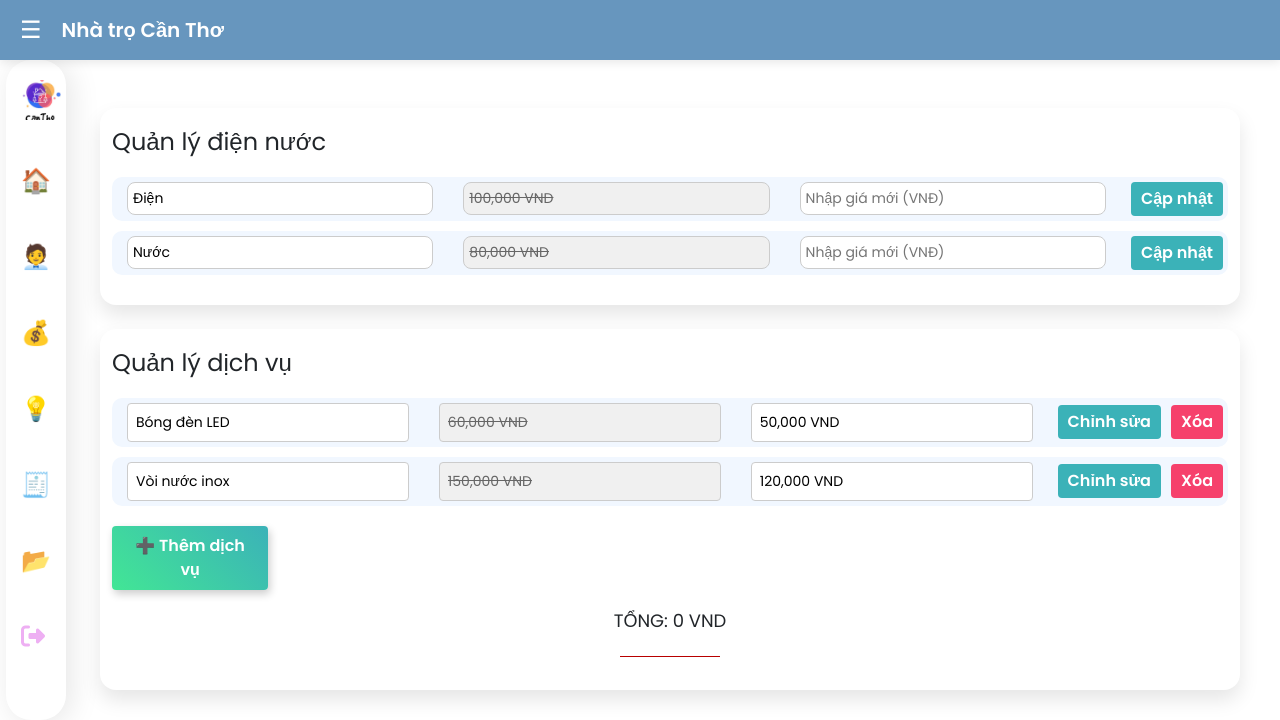
Repository: nhutty0402/DoAn02
Page: HTML/dichvu.html
An editor plug-in stored every save of this project. The page is shown before and after the next save, followed by the edit.
The browser window is 1280 px wide. The pictures show the whole page.

Above is the page before, as saved 2025-03-20 23:43:03.

### HTML/dichvu.html
<!DOCTYPE html>
<html>
<head>
    <meta charset="utf-8">
    <meta http-equiv="X-UA-Compatible" content="IE=edge">
    <title></title>
    <meta name="description" content="">
    <meta name="viewport" content="width=device-width, initial-scale=1">
    <link rel="stylesheet" href="../css/dichvu.css">

    <!-- CSS -->
    <link href="https://cdn.jsdelivr.net/npm/bootstrap@5.3.3/dist/css/bootstrap.min.css" rel="stylesheet" integrity="sha384-QWTKZyjpPEjISv5WaRU9OFeRpok6YctnYmDr5pNlyT2bRjXh0JMhjY6hW+ALEwIH" crossorigin="anonymous">
    <link href="https://fonts.googleapis.com/css2?family=Poppins:wght@300;400;600&display=swap" rel="stylesheet">
    <link rel="stylesheet" href="https://cdnjs.cloudflare.com/ajax/libs/font-awesome/6.4.2/css/all.min.css">

    <!-- JS -->
    <script src="https://cdnjs.cloudflare.com/ajax/libs/jquery/3.7.1/jquery.min.js" integrity="sha512-v2CJ7UaYy4JwqLDIrZUI/4hqeoQieOmAZNXBeQyjo21dadnwR+8ZaIJVT8EE2iyI61OV8e6M8PP2/4hpQINQ/g==" crossorigin="anonymous" referrerpolicy="no-referrer"></script>
    <script src="https://cdn.jsdelivr.net/npm/@popperjs/core@2.11.8/dist/umd/popper.min.js" integrity="sha384-I7E8VVD/ismYTF4hNIPjVp/Zjvgyol6VFvRkX/vR+Vc4jQkC+hVqc2pM8ODewa9r" crossorigin="anonymous"></script>
    <script src="https://cdn.jsdelivr.net/npm/bootstrap@5.3.3/dist/js/bootstrap.min.js" integrity="sha384-0pUGZvbkm6XF6gxjEnlmuGrJXVbNuzT9qBBavbLwCsOGabYfZo0T0to5eqruptLy" crossorigin="anonymous"></script>
</head>

<body>
    <header class="header">
        <div class="menu-toggle">☰</div>
        <div class="header-title">Nhà trọ Cần Thơ</div>
    </header>

    <div class="sidebar">
        <div class="logo_content">
            <div class="logo">
                <div class="icon">
                    <img src="../imag/moi.jpg" alt="Logo">
                </div>
                <div class="logo_name">Xin chào, admin</div>
            </div>
        </div>
        <ul class="nav_list">
            <li><a href="menu.html"><span class="icon">🏠</span><span class="link_name">Trang chủ</span></a></li>
            <li><a href="Quanlykhachhang.html"><span class="icon">🧑‍💼</span><span class="link_name">Quản lý khách hàng</span></a></li>
            <li><a href="doanhthu.html"><span class="icon">💰</span><span class="link_name">Doanh thu</span></a></li>
            <li><a href="dichvu.html"><span class="icon">💡</span><span class="link_name">Dịch vụ</span></a></li>
            <li><a href="hoadon.html"><span class="icon">🧾</span><span class="link_name">Hóa đơn</span></a></li>
            <li><a href="quanlihopdong.html"><span class="icon">📂</span><span class="link_name">Quản lý hợp đồng</span></a></li>
            <li><a href="dangxuat.html" class="logout-link"><span class="icon"><i class="fas fa-sign-out-alt"></i></span><span class="link_name">Đăng Xuất</span></a></li>
        </ul>
    </div>

    <div class="content flex-grow-1 p-4">
        <div class="topbar d-flex justify-content-between align-items-center mb-4"></div>

        <!-- Quản lý điện nước -->
        <div class="container">
            <div class="cf-title-03">
                <h3>Quản lý điện nước</h3>
            </div>
            <div id="product-list">
                <!-- Sản phẩm mẫu được thêm trực tiếp trong HTML -->
                <div class="product">
                    <input type="text" value="Điện" placeholder="Tên sản phẩm" readonly>
                    <input type="text" value="100,000 VND" placeholder="Giá cũ (VNĐ)" readonly class="old-price">
                    <input type="text" value="" placeholder="Nhập giá mới (VNĐ)" oninput="formatCurrency(this)">
                    <div class="btn-group">
                        <button class="update-btn" onclick="updateProduct(this)">Cập nhật</button>
                    </div>
                </div>
                <div class="product">
                    <input type="text" value="Nước" placeholder="Tên sản phẩm" readonly>
                    <input type="text" value="80,000 VND" placeholder="Giá cũ (VNĐ)" readonly class="old-price">
                    <input type="text" value="" placeholder="Nhập giá mới (VNĐ)" oninput="formatCurrency(this)">
                    <div class="btn-group">
                        <button class="update-btn" onclick="updateProduct(this)">Cập nhật</button>
                    </div>
                </div>
            </div>
        </div><br>

        <!-- Quản lý dịch vụ -->
        <div class="container">
            <div class="cf-title-03">
                <h3>Quản lý dịch vụ</h3>
            </div>
            <div id="service-list">
                <!-- Dịch vụ mẫu được thêm trực tiếp trong HTML -->
                <div class="service">
                    <input type="text" value="Bóng đèn LED" placeholder="Tên sản phẩm" readonly>
                    <input type="text" value="60,000 VND" placeholder="Giá cũ (VNĐ)" readonly class="old-price">
                    <input type="text" value="50,000 VND" placeholder="Nhập giá mới (VNĐ)" readonly class="new-price">
                    <div class="btn-group">
                        <button class="update-btn" onclick="updateService(this)">Chỉnh sửa</button>
                        <button class="delete-btn" onclick="deleteService(this)">Xóa</button>
                    </div>
                </div>
                <div class="service">
                    <input type="text" value="Vòi nước inox" placeholder="Tên sản phẩm" readonly>
                    <input type="text" value="150,000 VND" placeholder="Giá cũ (VNĐ)" readonly class="old-price">
                    <input type="text" value="120,000 VND" placeholder="Nhập giá mới (VNĐ)" readonly class="new-price">
                    <div class="btn-group">
                        <button class="update-btn" onclick="updateService(this)">Chỉnh sửa</button>
                        <button class="delete-btn" onclick="deleteService(this)">Xóa</button>
                    </div>
                </div>
            </div>
            <button class="add-btn" onclick="addService()">➕ Thêm dịch vụ</button>
            <div class="cf-title-01">
                <h6>TỔNG: <span id="total-price">0 VND</span></h6>
            </div>
        </div>

    <!-- JavaScript -->
    <script>
        const toggle = document.querySelector('.menu-toggle');
        const sidebar = document.querySelector('.sidebar');
        toggle.addEventListener('click', () => {
            sidebar.classList.toggle('active');
        });

        function formatCurrency(input) {
            let value = input.value.replace(/\D/g, '');
            if (value === '') {
                input.value = '';
                return;
            }
            let number = parseInt(value, 10);
            input.value = number.toLocaleString('vi-VN') + ' VND';
        }

        function addService(name = "", price = "", oldPrice = "") {
            let serviceList = document.getElementById("service-list");
            let serviceDiv = document.createElement("div");
            serviceDiv.classList.add("service");
            serviceDiv.innerHTML = `
                <input type="text" value="${name}" placeholder="Tên sản phẩm">
                <input type="text" value="${oldPrice ? parseInt(oldPrice).toLocaleString('vi-VN') + ' VND' : ''}" placeholder="Giá cũ (VNĐ)" readonly class="old-price">
                <input type="text" value="${price}" placeholder="Nhập giá mới (VNĐ)" oninput="formatCurrency(this)">
                <div class="btn-group">
                    <button class="update-btn" onclick="updateService(this)">Cập nhật</button>
                    <button class="delete-btn" onclick="deleteService(this)">Xóa</button>
                </div>
            `;
            serviceList.appendChild(serviceDiv);
        }

        function updateProduct(button) {
            let productDiv = button.closest(".product");
            let inputs = productDiv.querySelectorAll("input");
            if (button.innerText === "Cập nhật") {
                let name = inputs[0].value.trim();
                let price = inputs[2].value.trim().replace(/\D/g, '');
                if (name === "" || price === "") {
                    alert("Vui lòng nhập đầy đủ thông tin!");
                    return;
                }
                inputs[0].setAttribute("readonly", true);
                inputs[2].setAttribute("readonly", true);
                button.innerText = "Chỉnh sửa";
                button.classList.remove("update-btn");
                button.classList.add("edi-btn");
                alert(`Cập nhật thành công: ${name} - ${inputs[2].value}`);
            } else {
                inputs[0].removeAttribute("readonly");
                inputs[2].removeAttribute("readonly");
                button.innerText = "Cập nhật";
                button.classList.remove("edi-btn");
                button.classList.add("update-btn");
            }
        }

        function updateService(button) {
            let serviceDiv = button.closest(".service");
            let inputs = serviceDiv.querySelectorAll("input");
            if (button.innerText === "Cập nhật") {
                let name = inputs[0].value.trim();
                let price = inputs[2].value.trim().replace(/\D/g, '');
                if (name === "" || price === "") {
                    alert("Vui lòng nhập đầy đủ thông tin!");
                    return;
                }
                inputs[0].setAttribute("readonly", true);
                inputs[2].setAttribute("readonly", true);
                button.innerText = "Chỉnh sửa";
                button.classList.remove("update-btn");
                button.classList.add("edi-btn");
                alert(`Cập nhật thành công: ${name} - ${inputs[2].value}`);
            } else {
                inputs[0].removeAttribute("readonly");
                inputs[2].removeAttribute("readonly");
                button.innerText = "Cập nhật";
                button.classList.remove("edi-btn");
                button.classList.add("update-btn");
            }
        }

        function deleteService(button) {
            if (confirm("Bạn có chắc muốn xóa sản phẩm này?")) {
                button.closest(".service").remove();
            }
        }
    </script>
    <!--Tính tổng-->
    <script>
        // Hàm tính tổng giá mới (chỉ trả về giá trị, không hiển thị)
        function calculateTotal() {
            const newPriceInputs = document.querySelectorAll('.new-price');
            let total = 0;

            newPriceInputs.forEach(input => {
                // Lấy giá trị từ input, loại bỏ " VND" và dấu phẩy
                const priceText = input.value.replace(' VND', '').replace(/,/g, '');
                const price = parseFloat(priceText) || 0; // Chuyển thành số, nếu không hợp lệ thì trả về 0
                total += price;
            });

            return total; // Trả về tổng để sử dụng cho database
        }

        // Hàm thêm dịch vụ mới
        function addService() {
            const serviceList = document.getElementById('service-list');
            const newService = document.createElement('div');
            newService.className = 'service';
            newService.innerHTML = `
                <input type="text" placeholder="Tên sản phẩm" class="product-name">
                <input type="text" placeholder="Giá cũ (VNĐ)" class="old-price">
                <input type="text" placeholder="Nhập giá mới (VNĐ)" class="new-price" oninput="calculateTotal()">
                <div class="btn-group">
                    <button class="update-btn" onclick="updateService(this)">Chỉnh sửa</button>
                    <button class="delete-btn" onclick="deleteService(this)">Xóa</button>
                </div>
            `;
            serviceList.appendChild(newService);
            console.log('Tổng giá mới:', calculateTotal()); // Log tổng để kiểm tra
        }

        // Hàm chỉnh sửa dịch vụ
        function updateService(button) {
            const service = button.closest('.service');
            const inputs = service.querySelectorAll('input');
            const isReadOnly = inputs[0].hasAttribute('readonly');

            if (isReadOnly) {
                // Chuyển sang chế độ chỉnh sửa
                inputs.forEach(input => input.removeAttribute('readonly'));
                button.textContent = 'Lưu';
            } else {
                // Lưu và chuyển về chế độ readonly
                inputs.forEach(input => input.setAttribute('readonly', true));
                button.textContent = 'Chỉnh sửa';
                console.log('Tổng giá mới:', calculateTotal()); // Log tổng để kiểm tra
            }
        }

        // Hàm xóa dịch vụ
        function deleteService(button) {
            const service = button.closest('.service');
            service.remove();
            console.log('Tổng giá mới:', calculateTotal()); // Log tổng để kiểm tra
        }

        // Log tổng ban đầu khi trang được tải
        window.onload = function() {
            console.log('Tổng giá ban đầu:', calculateTotal());
        };
    </script>
</body>
</html>

### CSS/dichvu.css
/* Reset cơ bản */
* {
  margin: 0;
  padding: 0;
  box-sizing: border-box;
  font-family: 'Poppins', sans-serif;
}

/* Thiết lập body */
body {
  min-height: 100vh;
  background: #e7e7e7;
  display: flex;
  flex-direction: column;
}

/* Header ngang */
.header {
  width: 100%;
  height: 60px;
  background: #6796be;
  color: white;
  display: flex;
  align-items: center;
  padding: 0 20px;
  box-shadow: 0 2px 10px rgba(0, 0, 0, 0.1);
  position: fixed;
  top: 0;
  z-index: 1000;
}

.menu-toggle {
  font-size: 24px;
  cursor: pointer;
  margin-right: 20px;
}

.header-title {
  font-size: 20px;
  font-weight: 600;
}

/* Sidebar dọc */
.sidebar {
  position: fixed;
  top: 60px;
  left: 0;
  height: calc(100% - 60px);
  width: 60px;
  background: #fff;
  margin-left: 6px;
  padding: 10px 5px;
  transition: width 0.3s ease;
  box-shadow: 5px 3px 30px rgba(0, 0, 0, 0.1);
  border-radius: 25px;
  z-index: 900;
}

.sidebar.active {
  width: 240px;
}

.logo_content {
  display: flex;
  align-items: center;
  height: 60px;
  padding: 0 10px;
}

.logo {
  display: flex;
  align-items: center;
  gap: 10px;
}

.logo .icon img {
  width: 40px; /* Kích thước logo nhỏ hơn và đồng đều */
  height: 40px;
  object-fit: cover; /* Đảm bảo ảnh không bị méo */
}

.logo_name {
  font-size: 18px;
  font-weight: 700;
  opacity: 0;
  transition: opacity 0.3s ease;
}

.sidebar.active .logo_name {
  opacity: 1;
}

.nav_list {
  list-style: none;
  padding-left: 0;
  margin-top: 10px;
}

.nav_list li {
  display: flex;
  align-items: center;
  height: 50px; /* Giảm height để khoảng cách đều hơn */
  margin: 26px 0; /* Khoảng cách giữa các mục */
}

.nav_list li a {
  text-decoration: none;
  color: #333;
  display: flex;
  align-items: center;
  width: 100%;
  font-weight: 700;
  padding: 0 10px; /* Khoảng cách bên trong thẻ a */
  transition: font-weight 0.3s ease, transform 0.3s ease; /* Thêm transition cho hiệu ứng */
}
.nav_list li a:hover {
  transform: scale(1.05); /* Phóng to 5% khi hover */
}
.nav_list li .icon {
  font-size: 24px; /* Icon đồng đều kích thước */
  width: 40px; /* Đảm bảo icon căn đều */
  text-align: center;
}

.link_name {
  font-size: 16px;
  opacity: 0;
  transition: opacity 0.3s ease;
}

.sidebar.active .link_name {
  opacity: 1;
}

/* Nội dung chính */
.content {
  margin-top: 60px;
  margin-left: 60px;
  padding: 20px;
  flex-grow: 1;
  transition: margin-left 0.3s ease, width 0.3s ease;
  width: calc(100% - 60px);
  max-width: calc(100vw - 60px);
}

.sidebar.active ~ .content {
  margin-left: 240px;
  width: calc(100% - 240px);
  max-width: calc(100vw - 240px);
}

/* Thanh tìm kiếm */
.search-bar {
  display: flex;
  align-items: center;
  height: 38.5px;
  margin-left: auto;
  background-color: #fff;
  border-radius: 15px;
  padding: 5px;
  box-shadow: 0px 4px 6px rgba(0, 0, 0, 0.2);
  border: 2px solid #5E3582;
}

.search-bar input {
  border: none;
  outline: none;
  padding: 5px 10px;
  border-radius: 5px;
  font-size: 14px;
  width: 90px;
  transition: width 0.3s ease;
}

.search-bar input:focus {
  width: 270px;
}

.search-bar button {
  background-color: #eeaff3;
  border: none;
  color: #1c1919;
  padding: 5px 10px;
  height: 28px;
  border-radius: 10px;
  font-size: 14px;
  cursor: pointer;
  margin-left: 5px;
  transition: background-color 0.3s ease;
}

.search-bar button:hover {
  background-color: #f186f1;
}

/* Button group */
.button-group {
  display: flex;
  gap: 5px;
  padding-left: 10px;
}

.button-group .dathue:hover {
  background: rgb(167, 222, 214);
  color: black;
}

.button-group .phongtrong:hover {
  background: rgb(246, 237, 156);
  color: black;
}

.button-group .hientatca:hover {
  background: rgba(249, 205, 158, 0.952);
  color: black;
}

/* Đăng xuất */
.logout-link {
  display: flex;
  align-items: center;
  text-decoration: none;
  color: #1c1919;
  padding: 10px 15px;
  border-radius: 8px;
  transition: background-color 0.3s ease, transform 0.3s ease;
}
/* Đăng xuất */
.logout-link {
  display: flex;
  align-items: center;
  text-decoration: none;
  color: #1c1919;
  padding: 10px 15px;
  border-radius: 8px;
  transition: background-color 0.3s ease, transform 0.3s ease, font-weight 0.3s ease; /* Thêm transition cho font-weight */
}
.logout-link .icon {
  font-size: 24px; /* Đồng đều với các icon khác */
  width: 40px;
  text-align: center;
  color: #eeaff3;
  transition: transform 0.3s ease;
}

.logout-link .link_name {
  font-size: 16px;
  font-weight: 600;
}

.logout-link:hover {
  background-color: #f6cff3;
  transform: scale(1.05);
}

.logout-link:hover .icon {
  transform: rotate(-20deg);
  color: #d94bd3;
}



/* ====================================================================================================== */
/* ======================================THÂN============================================================= */
/* ========================================================================================================= */

@import url('https://fonts.googleapis.com/css2?family=Poppins:wght@300;400;600&display=swap');

/* body {
    font-family: 'Poppins', sans-serif;
    background: linear-gradient(135deg, #89f7fe, #66a6ff);
    padding: 20px;
    text-align: center;
} */

.container {
    max-width: 600px;
    margin: auto;
    background: white;
    padding: 20px;
    border-radius: 16px;
    box-shadow: 0 10px 20px rgba(0, 0, 0, 0.1);
}

/* h2 {
    color: #333;
    font-weight: 600;
    margin-bottom: 10px;
} */

.product {
    display: flex;
    justify-content: space-between;
    align-items: center;
    padding: 5px;
    border-radius: 10px;
    background: #f1f7ff;
    margin: 10px 0;
    transition: transform 0.1s ease-in-out;
}

.product:hover {
    transform: scale(1.01);
}

.product input {
    flex: 1;
    margin: 0 10px;
    padding: 8px;
    border: 1px solid #ccc;
    border-radius: 8px;
    font-size: 14px;
    transition: all 0.3s;
}

.product input:focus {
    border-color: #007bff;
    outline: none;
    box-shadow: 0 0 5px rgba(0, 123, 255, 0.3);
}

.btn-group {
    display: flex;
    gap: 8px;
}

button {
    border: none;
    cursor: pointer;
    padding: 8px 14px;
    font-size: 14px;
    transition: 0.3s;
    border-radius: 10px;
    font-weight: bold;
}

.update-btn {
    background:  #3bb2b8;
    color: white;
    border-radius: 12px;
}
.update-btn:hover{
  transform: scale(1.05);
}
.edi-btn {
    background:  #f2b876e8;
    color: white;
    border-radius: 12px;
}
.edi-btn:hover{
  transform: scale(1.05);
}
.delete-btn {
    background:  #f6416c;
    color: white;
    border-radius: 12px;
}
.delete-btn:hover{
  transform: scale(1.05);
}
.add-btn {
    width: 14%;
    font-size: 16px;
    padding: 12px;
    color: white;
    background: linear-gradient(45deg, #42e695, #3bb2b8);
    font-weight: bold;
    border-radius: 12px;
    box-shadow: 2px 4px 8px rgba(0, 0, 0, 0.2);
    transition: all 0.3s ease-in-out;
}

.add-btn:hover {
    transform: scale(1.05);
    box-shadow: 4px 6px 12px rgba(0, 0, 0, 0.3);
}
/* ============================================================================================== */
/* ===BẢNG DỊCH VỤ 2============================================================ */
/* =========================================================================================================== */
.service{
  display: flex;
  justify-content: space-between;
  align-items: center;
  padding: 5px;
  border-radius: 10px;
  background: #f1f7ff;
  margin: 10px 0;
  transition: transform 0.1s ease-in-out;
}

.service:hover {
  transform: scale(1.01);
}

.service input {
  flex: 1;
  margin: 0 10px;
  padding: 8px;
  border: 1px solid #ccc;
  border-radius: 8px;
  font-size: 14px;
  transition: all 0.3s;
}

.service input:focus {
  border-color: #007bff;
  outline: none;
  box-shadow: 0 0 5px rgba(0, 123, 255, 0.3);
}
/* ===================================================TỔNG======================================== */




.cf-title-01 h6 {
	text-align:center;
	text-transform:uppercase;
	padding-bottom:5px;
}
/* .cf-title-01 h6:before {
	width:28px;
	height:5px;
	display:block;
	content:"";
	position:absolute;
	bottom:3px;
	left:50%;
	margin-left:-14px;
	background-color:#b80000;
} */
.cf-title-01 h6:after {
	width:100px;
	height:1px;
	display:block;
	content:"";
	position:relative;
	margin-top:25px;
	left:50%;
	margin-left:-50px;
	background-color: #b80000;
}

.container {
  max-width: 800px;
  margin: 20px auto;
  padding: 20px;
}
.product, .service {
  display: flex;
  align-items: center;
  margin: 10px 0;
  gap: 10px;
}
input[type="text"] {
  padding: 5px;
  flex: 1;
}
input[readonly].old-price {
  background-color: #f0f0f0;
  color: #666;
  text-decoration: line-through;
}
.btn-group button {
  margin-left: 5px;
  padding: 5px 10px;
  cursor: pointer;
}
.add-btn {
  padding: 5px 10px;
  margin-top: 10px;
}
/* Tính tổng */
.container {
  max-width: 800px;
  margin: 0 auto;
  padding: 20px;
}

.cf-title-03 h3 {
  font-size: 24px;
  margin-bottom: 20px;
}

.service {
  display: flex;
  align-items: center;
  gap: 10px;
  margin-bottom: 10px;
}

.service input {
  padding: 8px;
  border: 1px solid #ccc;
  border-radius: 4px;
  width: 200px;
}

.btn-group {
  display: flex;
  gap: 5px;
}

.update-btn, .delete-btn, .add-btn {
  padding: 8px 15px;
  border: none;
  border-radius: 4px;
  cursor: pointer;
}



.cf-title-01 h6 {
  font-size: 18px;
  margin-top: 20px;
}

After the next save:
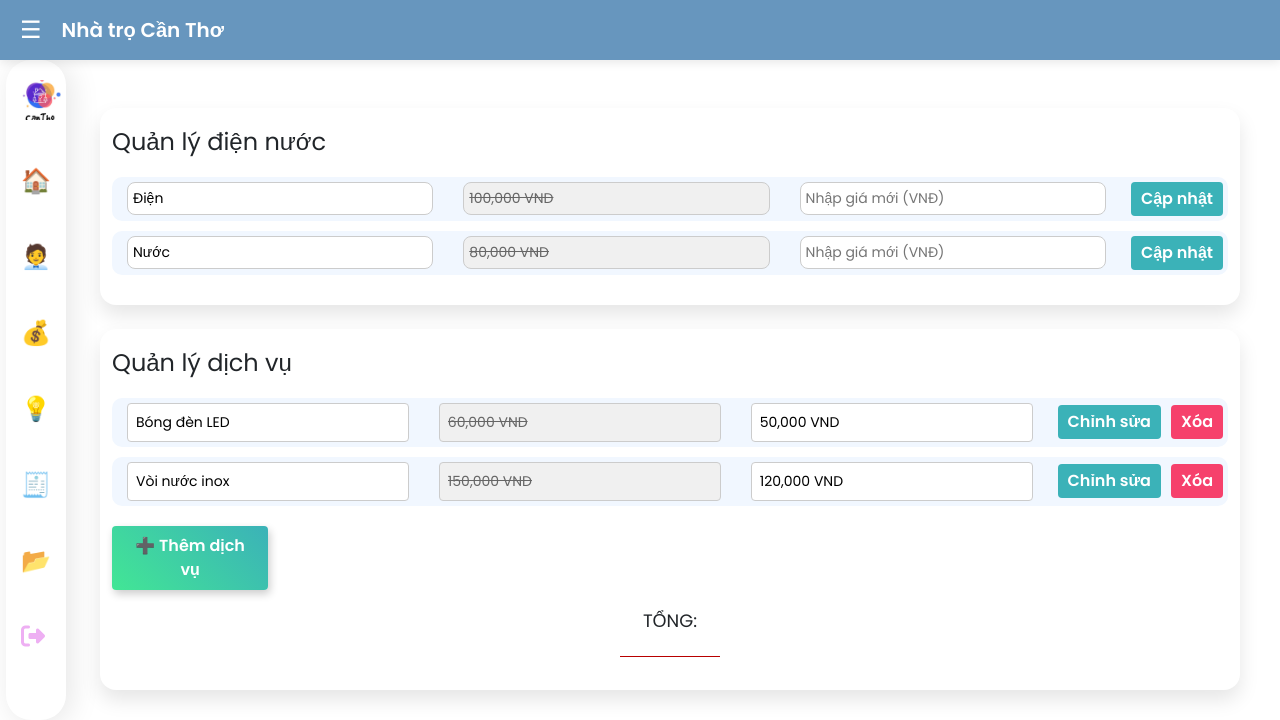
Saved 18 s later.
--- a/HTML/dichvu.html
+++ b/HTML/dichvu.html
@@ -82,7 +82,7 @@
             <div id="service-list">
                 <!-- Dịch vụ mẫu được thêm trực tiếp trong HTML -->
                 <div class="service">
-                    <input type="text" value="Bóng đèn LED" placeholder="Tên sản phẩm" readonly>
+                    <input type="text" value="Bóng đèn LED" placeholder="Tên sản phẩm" readonly class="product-name">
                     <input type="text" value="60,000 VND" placeholder="Giá cũ (VNĐ)" readonly class="old-price">
                     <input type="text" value="50,000 VND" placeholder="Nhập giá mới (VNĐ)" readonly class="new-price">
                     <div class="btn-group">
@@ -91,7 +91,7 @@
                     </div>
                 </div>
                 <div class="service">
-                    <input type="text" value="Vòi nước inox" placeholder="Tên sản phẩm" readonly>
+                    <input type="text" value="Vòi nước inox" placeholder="Tên sản phẩm" readonly class="product-name">
                     <input type="text" value="150,000 VND" placeholder="Giá cũ (VNĐ)" readonly class="old-price">
                     <input type="text" value="120,000 VND" placeholder="Nhập giá mới (VNĐ)" readonly class="new-price">
                     <div class="btn-group">
@@ -102,7 +102,7 @@
             </div>
             <button class="add-btn" onclick="addService()">➕ Thêm dịch vụ</button>
             <div class="cf-title-01">
-                <h6>TỔNG: <span id="total-price">0 VND</span></h6>
+                <h6>TỔNG:</h6>
             </div>
         </div>
 
